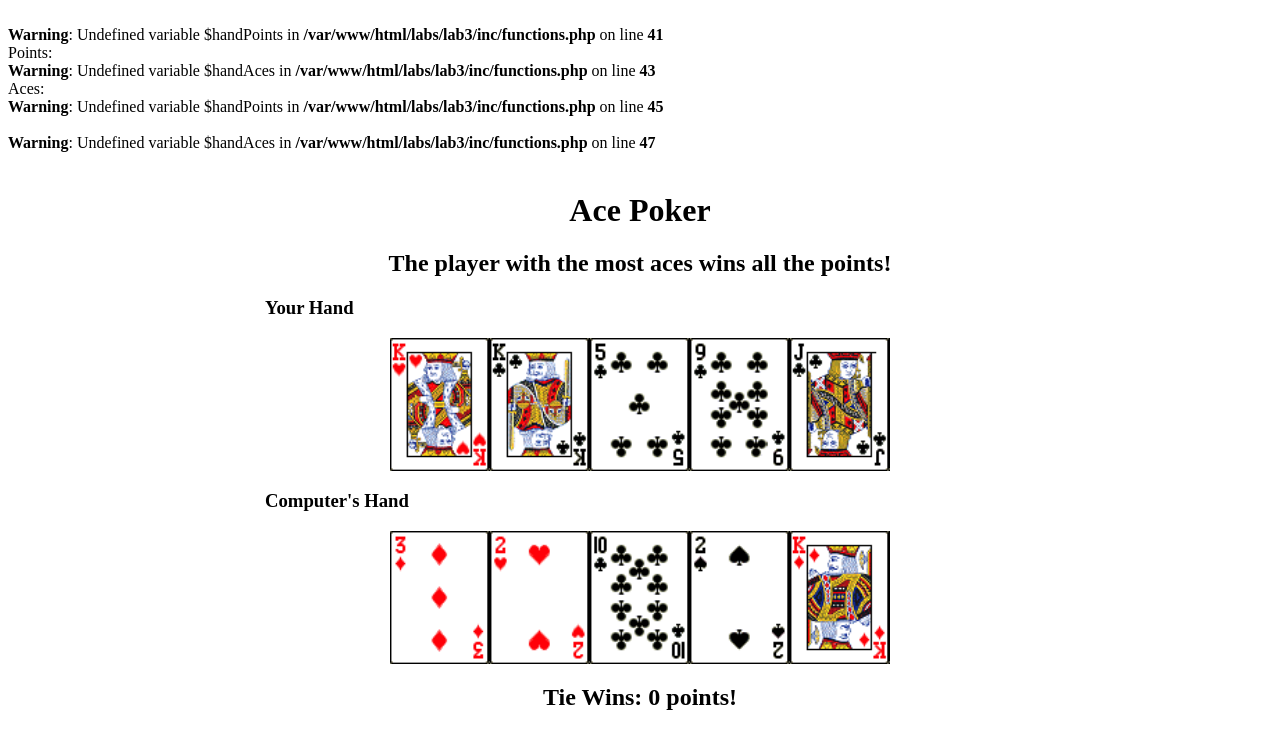
Repository: maliking/making
Page: http://localhost/labs/lab3/index.php
The author's editor kept a record of every edit. The page is drawn from the files as they stood at one moment, then again after the next edit.
The browser window is 1280 px wide. The pictures show the whole page.
The page is run by PHP 8.4 with error messages shown; the project is at /var/www/html/.

Above is the page before.

After the next edit:
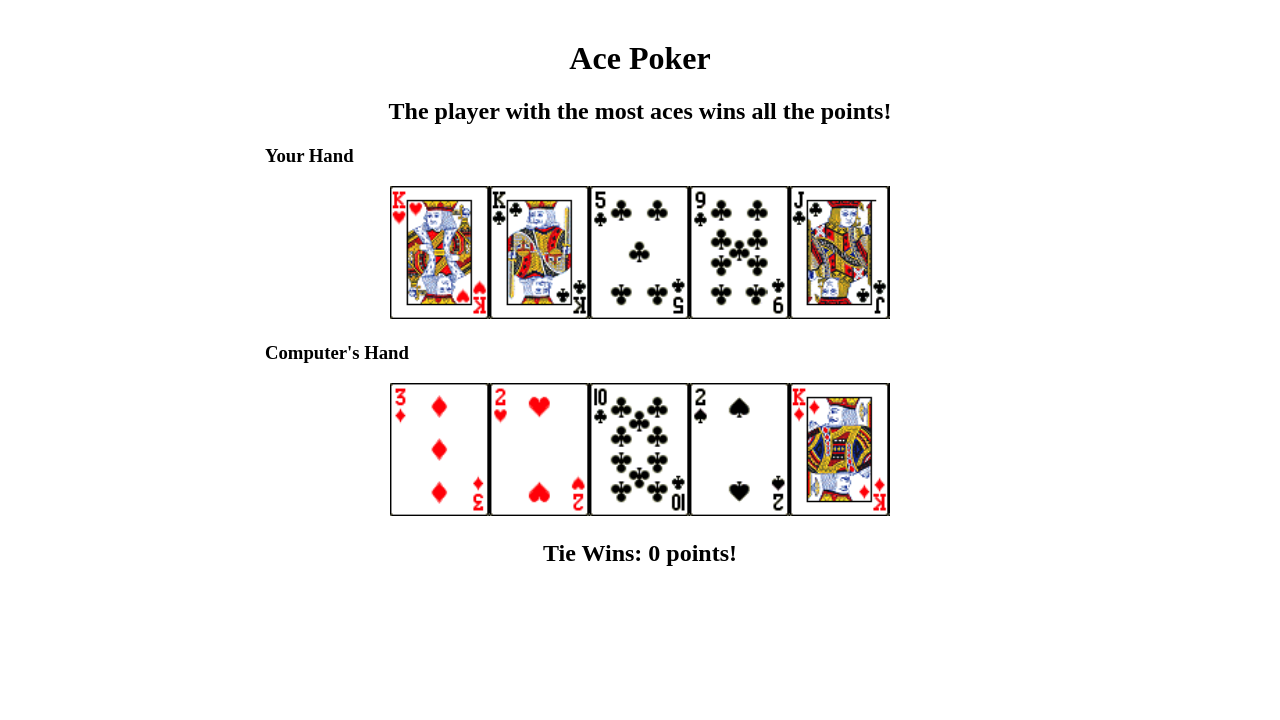
The edit:
--- a/labs/lab3/inc/functions.php
+++ b/labs/lab3/inc/functions.php
@@ -38,13 +38,7 @@
 
 
 
-    echo " Points: " . $handPoints;
 
-    echo "  Aces: "  . $handAces;
-
-    $totalPoints = $totalPoints + $handPoints;
-
-    return $handAces;
 
 
 
